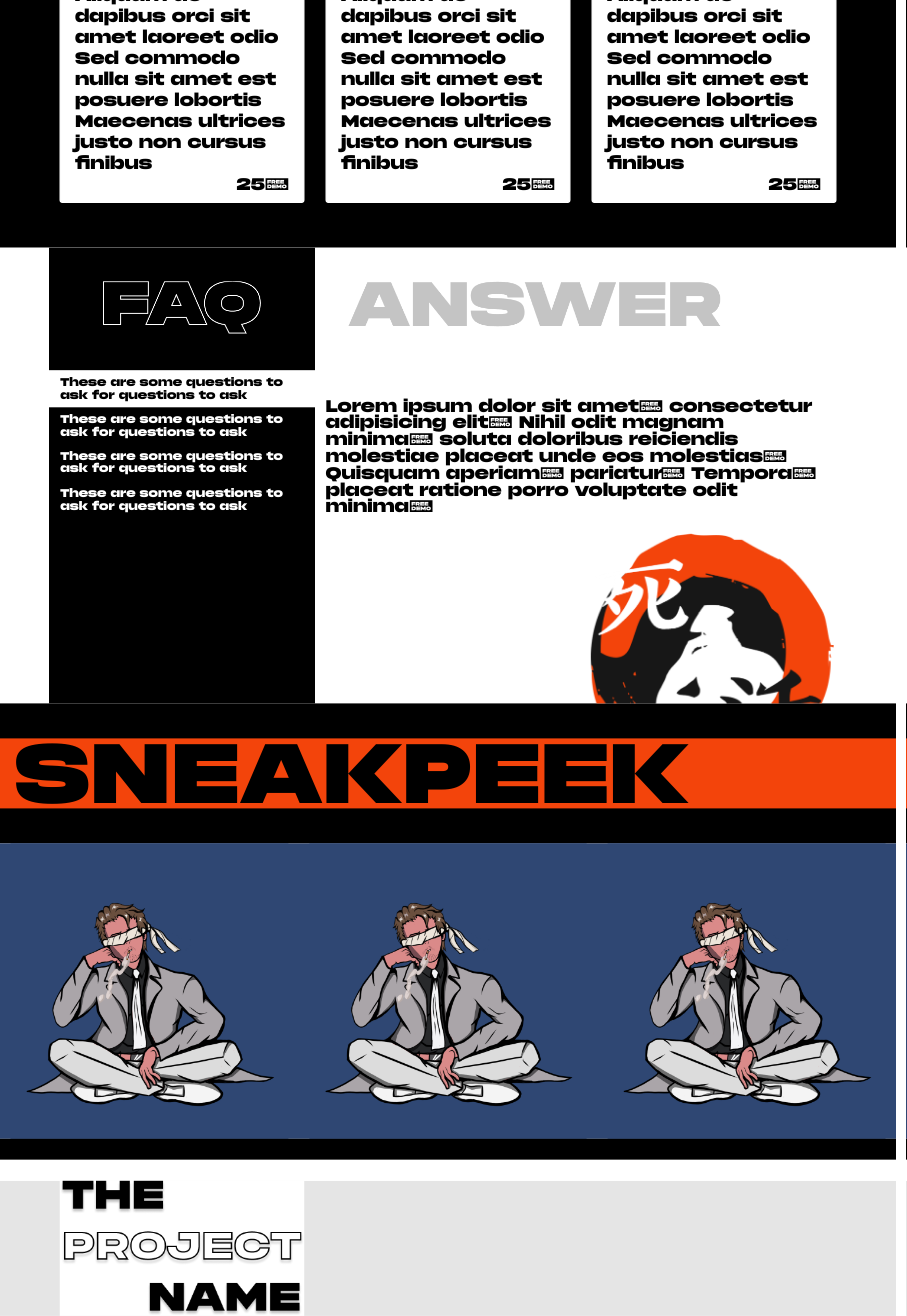
Repository: danishmahmoodawan/Sneakpeak
Page: /
An editor plug-in stored every save of this project. The page is shown before and after the next save, followed by the edit.
The browser window is 1280 px wide. The page is 1295 px wide, so the pictures cover 1295 px, including what lies to the right of the window. The pictures show the part of the page from y = 1347 to 3227 px (the page is 3227 px tall), at 70% of full size.
The project was rebuilt for these pictures with package versions that can differ from the ones it lists, and the page was loaded fresh each time.

Above is the page before, as saved 2022-02-28 22:12:08.

After the next save:
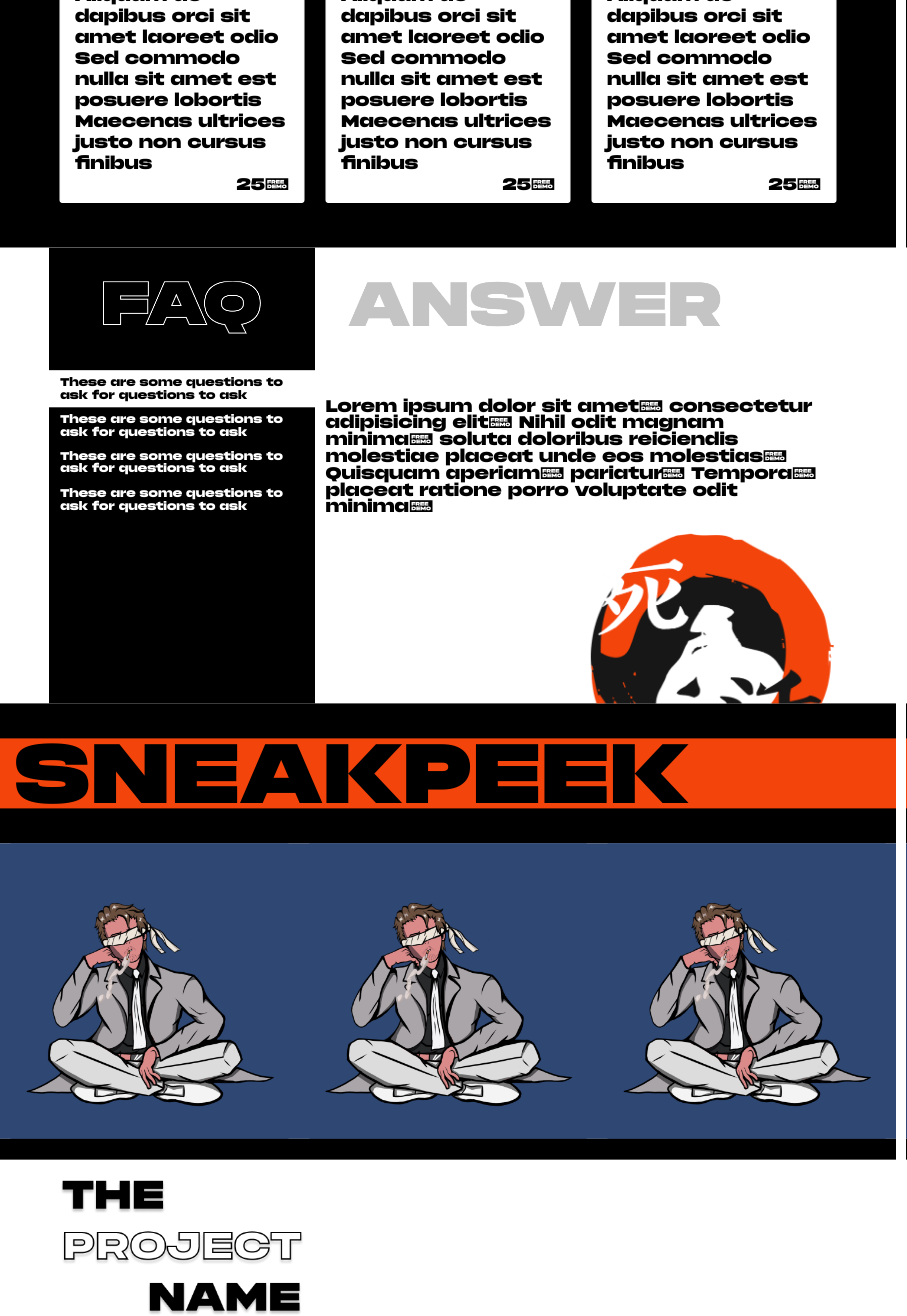
Saved 40 s later.
--- a/public/assets/css/style.css
+++ b/public/assets/css/style.css
@@ -97,7 +97,7 @@
 .section_seven{
 background:#E5E5E5;
 }
-.section_seven img{
+.section_seven{
 background: white;
 }
 .top_content .button{

After the save that followed:
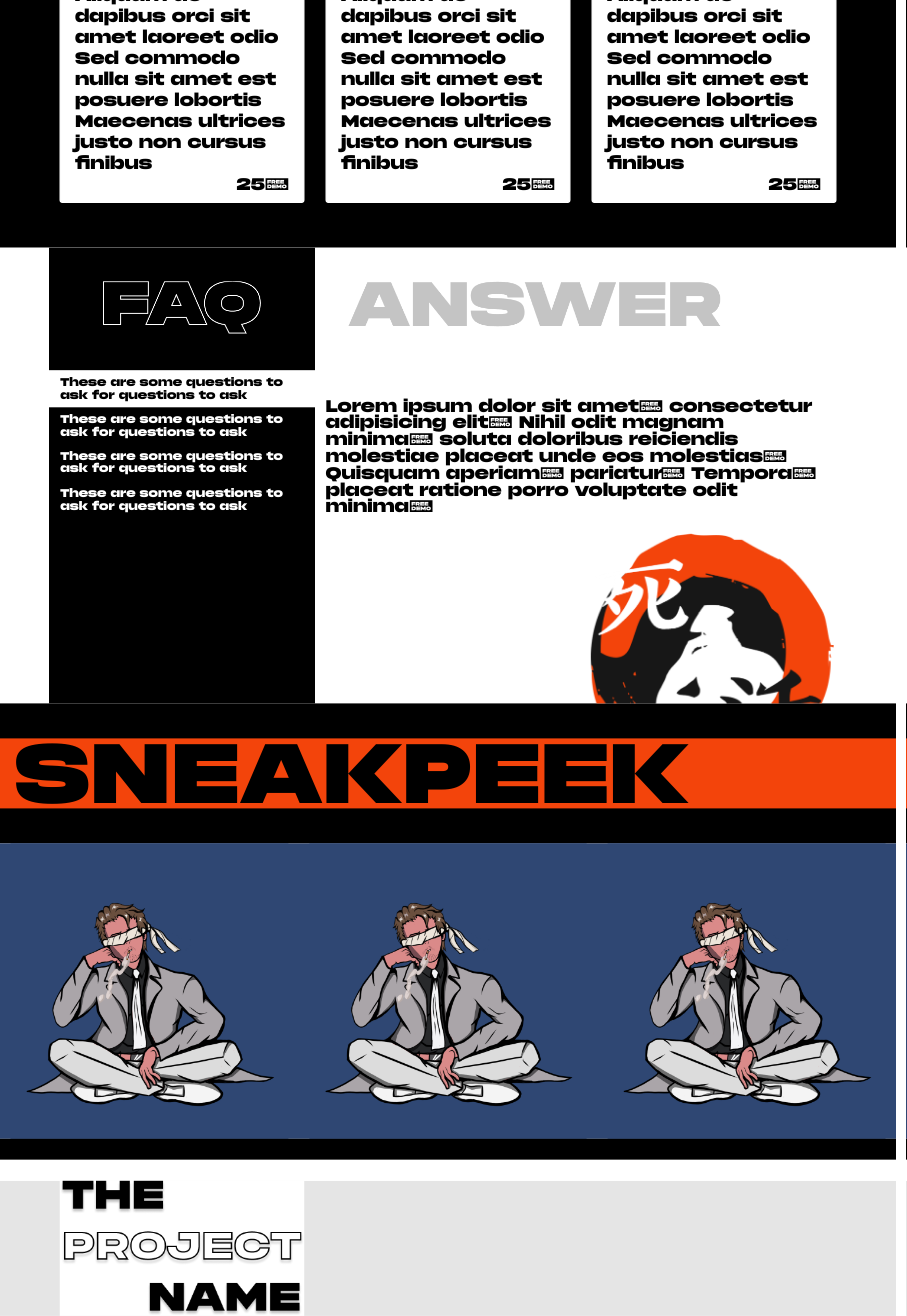
Saved 25 s later.
--- a/public/assets/css/style.css
+++ b/public/assets/css/style.css
@@ -97,7 +97,7 @@
 .section_seven{
 background:#E5E5E5;
 }
-.section_seven{
+.section_seven img{
 background: white;
 }
 .top_content .button{
